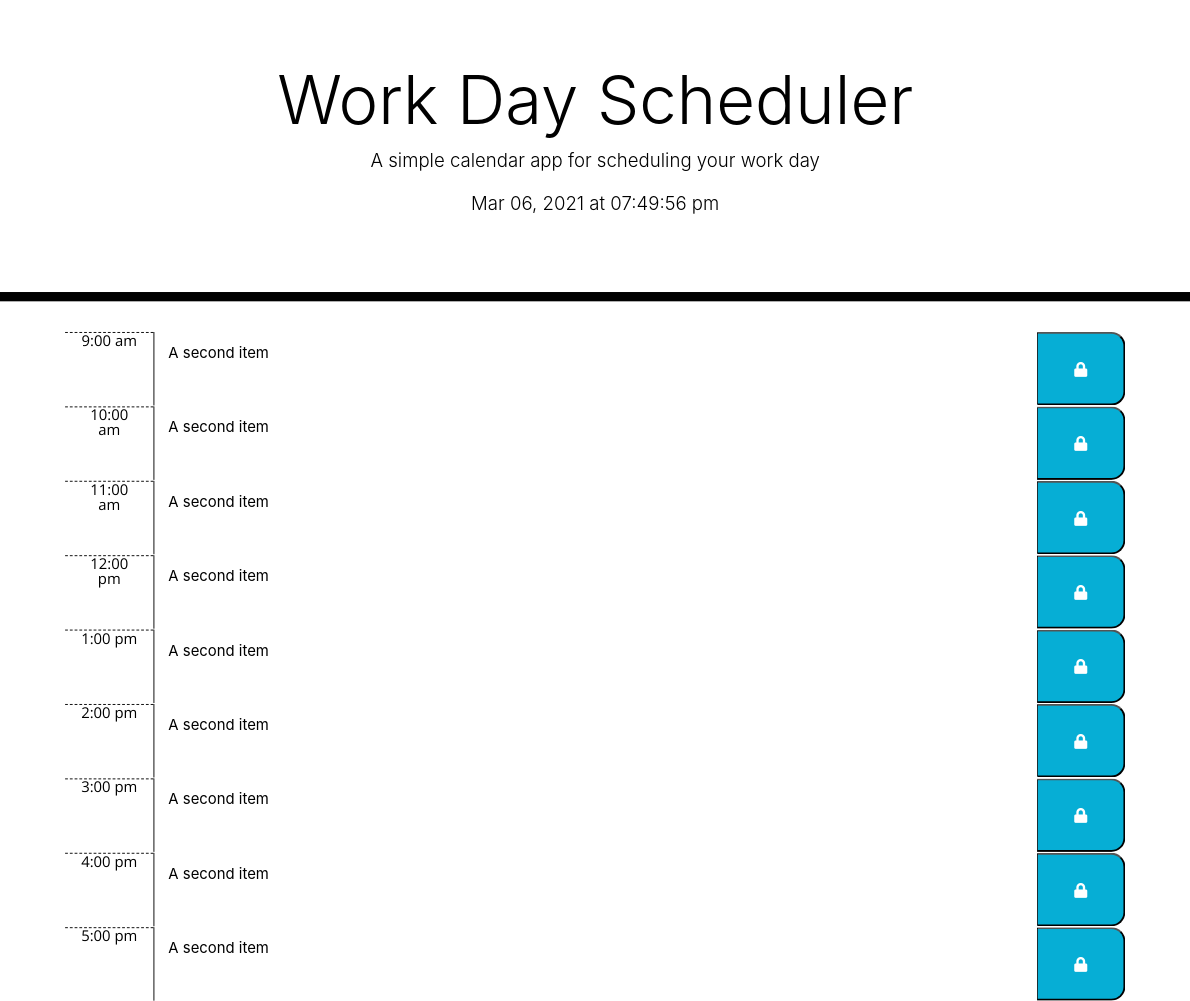
Repository: ziffoit/Work-Day_Scheduler
Page: Develop/index.html
The author's editor kept a copy of each file at every save. The page is drawn from the files as they stood at one save, then again after the next save.
The browser window is 1280 px wide. The pictures show the whole page, at 93% of full size.
Some web libraries are served in a nearby version.

Above is the page before, as saved 2021-03-17 19:41:38.

### Develop/index.html
<!DOCTYPE html>
<html lang="en">
  <head>
    <meta charset="UTF-8" />
    <meta name="viewport" content="width=device-width, initial-scale=1.0" />
    <meta http-equiv="X-UA-Compatible" content="ie=edge" />
    <link
      rel="stylesheet"
      href="https://stackpath.bootstrapcdn.com/bootstrap/4.3.1/css/bootstrap.min.css"
    />
    <link
      rel="stylesheet"
      href="https://use.fontawesome.com/releases/v5.8.1/css/all.css"
      integrity="sha384-50oBUHEmvpQ+1lW4y57PTFmhCaXp0ML5d60M1M7uH2+nqUivzIebhndOJK28anvf"
      crossorigin="anonymous"
    />
    <link
      href="https://fonts.googleapis.com/css?family=Open+Sans&display=swap"
      rel="stylesheet"
    />
    <link rel="stylesheet" href="style.css" />
    <title>Work Day Scheduler</title>
  </head>

  <body>
    <header class="jumbotron">
      <h1 class="display-3">Work Day Scheduler</h1>
      <p class="lead">A simple calendar app for scheduling your work day</p>
      <p id="currentDay" class="lead"></p>
    </header>
    <div class="container">
      <div class="row time-block">
        <hourbody class="col-1 hour">9:00 am</hourbody>
        <textarea class="col-10 description">A second item</textarea>
        <button class="col-1 saveBtn"><i class="fas fa-lock"></i></button>
      </div>
      <div class="row time-block">
        <hourbody class="col-1 hour">10:00 am</hourbody>
        <textarea class="col-10 description">A second item</textarea>
        <button class="col-1 saveBtn"><i class="fas fa-lock"></i></button>
      </div>
      <div class="row time-block">
        <hourbody class="col-1 hour">11:00 am</hourbody>
        <textarea class="col-10 description">A second item</textarea>
        <button class="col-1 saveBtn"><i class="fas fa-lock"></i></button>
      </div>
      <div class="row time-block">
        <hourbody class="col-1 hour">12:00 pm</hourbody>
        <textarea class="col-10 description">A second item</textarea>
        <button class="col-1 saveBtn"><i class="fas fa-lock"></i></button>
      </div>
      <div class="row time-block">
        <hourbody class="col-1 hour">1:00 pm</hourbody>
        <textarea class="col-10 description">A second item</textarea>
        <button class="col-1 saveBtn"><i class="fas fa-lock"></i></button>
      </div>
      <div class="row time-block">
        <hourbody class="col-1 hour">2:00 pm</hourbody>
        <textarea class="col-10 description">A second item</textarea>
        <button class="col-1 saveBtn"><i class="fas fa-lock"></i></button>
      </div>
      <div class="row time-block">
        <hourbody class="col-1 hour">3:00 pm</hourbody>
        <textarea class="col-10 description">A second item</textarea>
        <button class="col-1 saveBtn"><i class="fas fa-lock"></i></button>
      </div>
      <div class="row time-block">
        <hourbody class="col-1 hour">4:00 pm</hourbody>
        <textarea class="col-10 description">A second item</textarea>
        <button class="col-1 saveBtn"><i class="fas fa-lock"></i></button>
      </div>
      <div class="row time-block">
        <hourbody class="col-1 hour">5:00 pm</hourbody>
        <textarea class="col-10 description">A second item</textarea>
        <button class="col-1 saveBtn"><i class="fas fa-lock"></i></button>
      </div>

      <!-- Timeblocks go here -->
    </div>

    <script src="https://cdnjs.cloudflare.com/ajax/libs/jquery/3.2.1/jquery.min.js"></script>
    <script src="https://cdnjs.cloudflare.com/ajax/libs/moment.js/2.24.0/moment.min.js"></script>
    <script src="script.js"></script>
  </body>
</html>

### Develop/style.css
hourbody {
  font-family: "Open Sans", sans-serif;
  font-size: 16px;
  line-height: 1;
}

textarea {
  background: transparent;
  border: none;
  resize: none;
  color: #000000;
  border-left: 1px solid black;
  padding: 10px;
}

.jumbotron {
  text-align: center;
  background-color: transparent;
  color: black;
  border-radius: 0;
  border-bottom: 10px solid black;
}

.description {
  white-space: pre-wrap;
}

.time-block {
  text-align: center;
  border-radius: 15px;
}

.row {
  white-space: pre-wrap;
  height: 80px;
  border-top: 1px solid white;
}

.hour {
  background-color: #ffffff;
  color: #000000;
  border-top: 1px dashed #000000;
}

.past {
  background-color: #d3d3d3;
  color: white;
}

.present {
  background-color: #ff6961;
  color: white;
}

.future {
  background-color: #77dd77;
  color: white;
}

.saveBtn {
  border-left: 1px solid black;
  border-top-right-radius: 15px;
  border-bottom-right-radius: 15px;
  background-color: #06aed5;
  color: white;
}

.saveBtn i:hover {
  font-size: 20px;
  transition: all 0.3s ease-in-out;
}

### Develop/script.js
var schedule = $('#schedule')
var currentDay = $('#currentDay')


function dateAndTime() {
    var rightNow = moment().format('MMM DD, YYYY [at] hh:mm:ss a');
    currentDay.text(rightNow);
}

setInterval(dateAndTime, 1000)

After the next save:
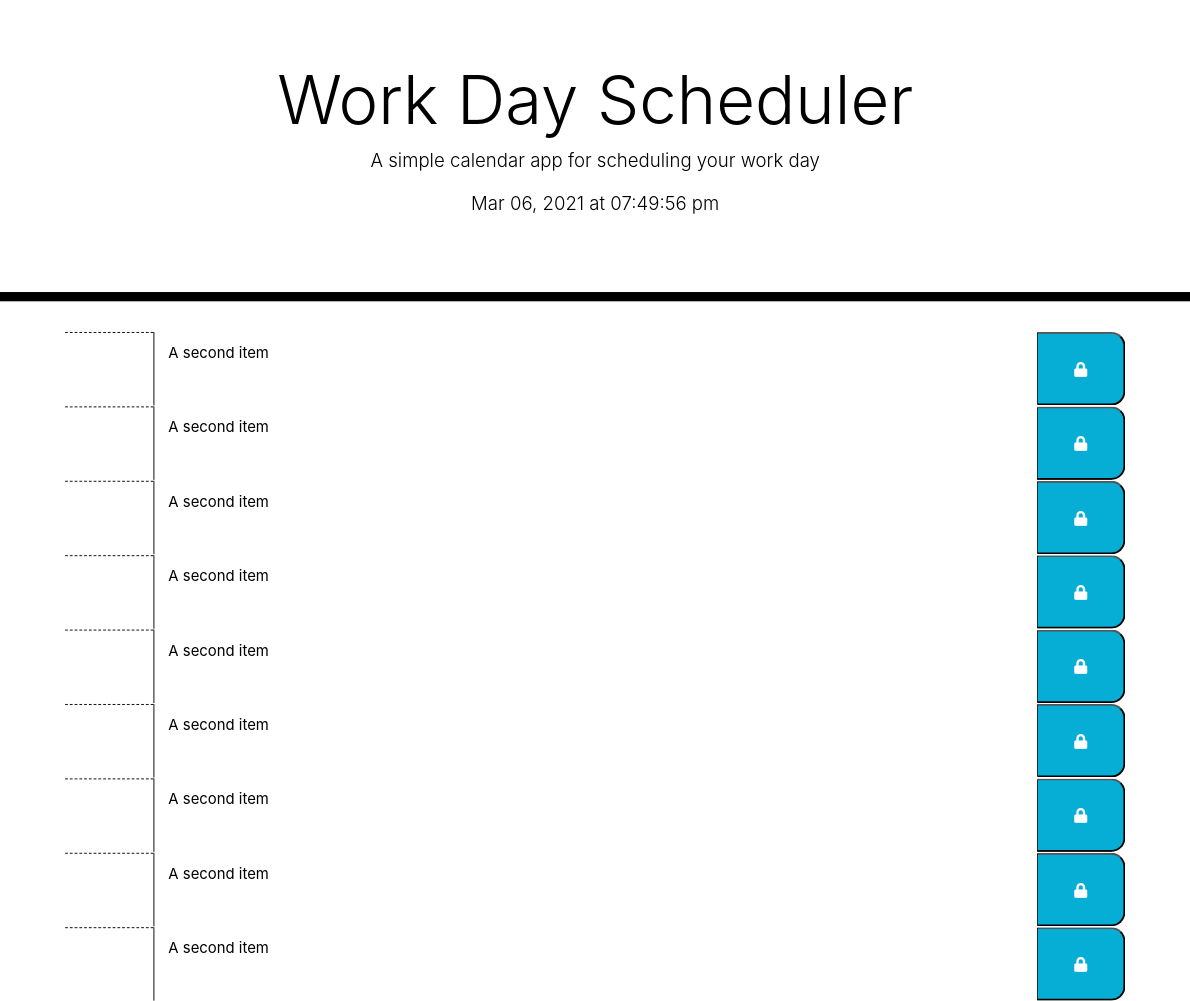
Saved 3 s later.
--- a/Develop/index.html
+++ b/Develop/index.html
@@ -29,48 +29,48 @@
       <p id="currentDay" class="lead"></p>
     </header>
     <div class="container">
-      <div class="row time-block">
-        <hourbody class="col-1 hour">9:00 am</hourbody>
+      <div class="row time-block" id="schedule">
+        <hourbody class="col-1 hour"></hourbody>
         <textarea class="col-10 description">A second item</textarea>
         <button class="col-1 saveBtn"><i class="fas fa-lock"></i></button>
       </div>
-      <div class="row time-block">
-        <hourbody class="col-1 hour">10:00 am</hourbody>
+      <div class="row time-block" id="schedule">
+        <hourbody class="col-1 hour"></hourbody>
         <textarea class="col-10 description">A second item</textarea>
         <button class="col-1 saveBtn"><i class="fas fa-lock"></i></button>
       </div>
-      <div class="row time-block">
-        <hourbody class="col-1 hour">11:00 am</hourbody>
+      <div class="row time-block" id="schedule">
+        <hourbody class="col-1 hour"></hourbody>
         <textarea class="col-10 description">A second item</textarea>
         <button class="col-1 saveBtn"><i class="fas fa-lock"></i></button>
       </div>
-      <div class="row time-block">
-        <hourbody class="col-1 hour">12:00 pm</hourbody>
+      <div class="row time-block" id="schedule">
+        <hourbody class="col-1 hour"></hourbody>
         <textarea class="col-10 description">A second item</textarea>
         <button class="col-1 saveBtn"><i class="fas fa-lock"></i></button>
       </div>
-      <div class="row time-block">
-        <hourbody class="col-1 hour">1:00 pm</hourbody>
+      <div class="row time-block" id="schedule">
+        <hourbody class="col-1 hour"></hourbody>
         <textarea class="col-10 description">A second item</textarea>
         <button class="col-1 saveBtn"><i class="fas fa-lock"></i></button>
       </div>
-      <div class="row time-block">
-        <hourbody class="col-1 hour">2:00 pm</hourbody>
+      <div class="row time-block" id="schedule">
+        <hourbody class="col-1 hour"></hourbody>
         <textarea class="col-10 description">A second item</textarea>
         <button class="col-1 saveBtn"><i class="fas fa-lock"></i></button>
       </div>
-      <div class="row time-block">
-        <hourbody class="col-1 hour">3:00 pm</hourbody>
+      <div class="row time-block" id="schedule">
+        <hourbody class="col-1 hour"></hourbody>
         <textarea class="col-10 description">A second item</textarea>
         <button class="col-1 saveBtn"><i class="fas fa-lock"></i></button>
       </div>
-      <div class="row time-block">
-        <hourbody class="col-1 hour">4:00 pm</hourbody>
+      <div class="row time-block" id="schedule">
+        <hourbody class="col-1 hour"></hourbody>
         <textarea class="col-10 description">A second item</textarea>
         <button class="col-1 saveBtn"><i class="fas fa-lock"></i></button>
       </div>
-      <div class="row time-block">
-        <hourbody class="col-1 hour">5:00 pm</hourbody>
+      <div class="row time-block" id="schedule">
+        <hourbody class="col-1 hour"></hourbody>
         <textarea class="col-10 description">A second item</textarea>
         <button class="col-1 saveBtn"><i class="fas fa-lock"></i></button>
       </div>
